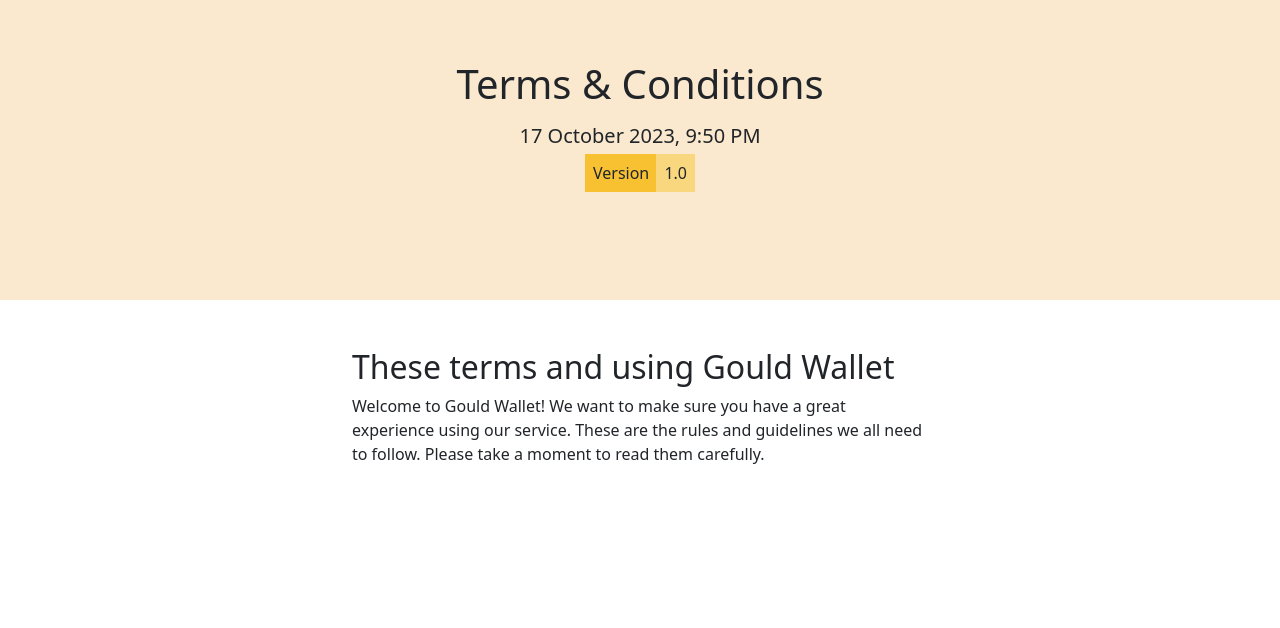
Repository: injectGroup/github.io
Page: terms.html
The author's editor kept a copy of each file at every save. The page is drawn from the files as they stood at one save, then again after the next save.
The browser window is 1280 px wide. The pictures show the whole page.

Above is the page before, as saved 2023-11-30 08:21:28.

### terms.html
<!doctype html>
<html lang="en">

<head>
    <meta charset="utf-8">
    <meta name="viewport" content="width=device-width, initial-scale=1">
    <title>Bootstrap demo</title>
    <!-- GOULD CUSTOM CSS-->
    <link rel="stylesheet" href="/gouldwalletlegal/css/gouldcustom.css">
    <!--- BOOTSTRAP CDN -->
    <link href="https://cdn.jsdelivr.net/npm/bootstrap@5.3.2/dist/css/bootstrap.min.css" rel="stylesheet"
        integrity="sha384-T3c6CoIi6uLrA9TneNEoa7RxnatzjcDSCmG1MXxSR1GAsXEV/Dwwykc2MPK8M2HN" crossorigin="anonymous">
</head>

<body>
    <!-- Content here -->
    <div class="container-fluid text-center terms-content">
        <div class="row align-items-center">
            <div class="col align-self-center">
                <h1 class="text-center">
                    Terms & Conditions
                </h1>
            </div>
        </div>
        <div class="row align-items-center">
            <h5 class="version-date p-2">
                17 October 2023, 9:50 PM
            </h5>
            <div class="col align-self-center">
                <h6 class="text-center">
                    <span class="version p-2">Version</span>
                    <span class="version-number p-2">1.0</span>
                </h6>
            </div>

        </div>
    </div>
    <!-- BODY -->
    <dl class="container mt-5 mx-auto" style="width:600px;">
        <dt class="">
            <h2>
                These terms and using Gould Wallet
            </h2>
        </dt>
        <dd class="col text-left">
            <p>
                Welcome to Gould Wallet! We want to make sure you have a great experience using our service. These are
                the rules and
                guidelines we all need to follow. Please take a moment to read them carefully.
            </p>
        </dd>

    </dl>
    <!-- BOOTSTRAP JS-->
    <script src="https://cdn.jsdelivr.net/npm/bootstrap@5.3.2/dist/js/bootstrap.bundle.min.js"
        integrity="sha384-C6RzsynM9kWDrMNeT87bh95OGNyZPhcTNXj1NW7RuBCsyN/o0jlpcV8Qyq46cDfL"
        crossorigin="anonymous"></script>
</body>

</html>

### gouldwalletlegal/css/gouldcustom.css
/*
 *AUTHOR: Abdulkadir Mohammed @ Inject
 *DATE: Wed 29 November 2023
  *
 *This is a custom css for gould wallet.
 */
/*****************************
 *********** HEAD ***********
 *****************************/
.terms-content {
    background-color: #FAE9CE;
    height: 300px;
    width: 100%;
    padding-top: 60px;
}

.version {
    background-color: #F7C132;
    width: 100px;
    margin-right: -5px;
}

.version-number {
    background-color: #F9D77E;
}


/*****************************
  *********** BODY ***********
 *****************************/

/*****************************
 *********** FOOTER ***********
*****************************/

After the next save:
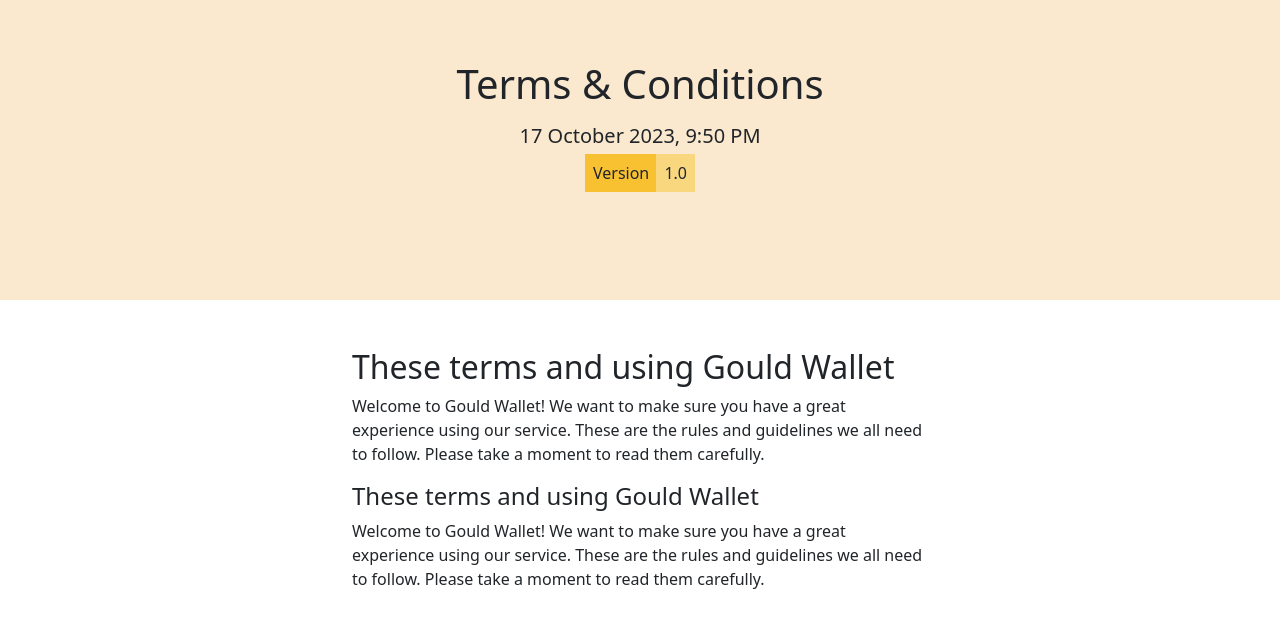
Saved 45 s later.
--- a/terms.html
+++ b/terms.html
@@ -49,7 +49,19 @@
                 guidelines we all need to follow. Please take a moment to read them carefully.
             </p>
         </dd>
+        <dt class="">
 
+            <h4>
+                These terms and using Gould Wallet
+            </h4>
+        </dt>
+        <dd class="col text-left">
+            <p>
+                Welcome to Gould Wallet! We want to make sure you have a great experience using our service. These are
+                the rules and
+                guidelines we all need to follow. Please take a moment to read them carefully.
+            </p>
+        </dd>
     </dl>
     <!-- BOOTSTRAP JS-->
     <script src="https://cdn.jsdelivr.net/npm/bootstrap@5.3.2/dist/js/bootstrap.bundle.min.js"
